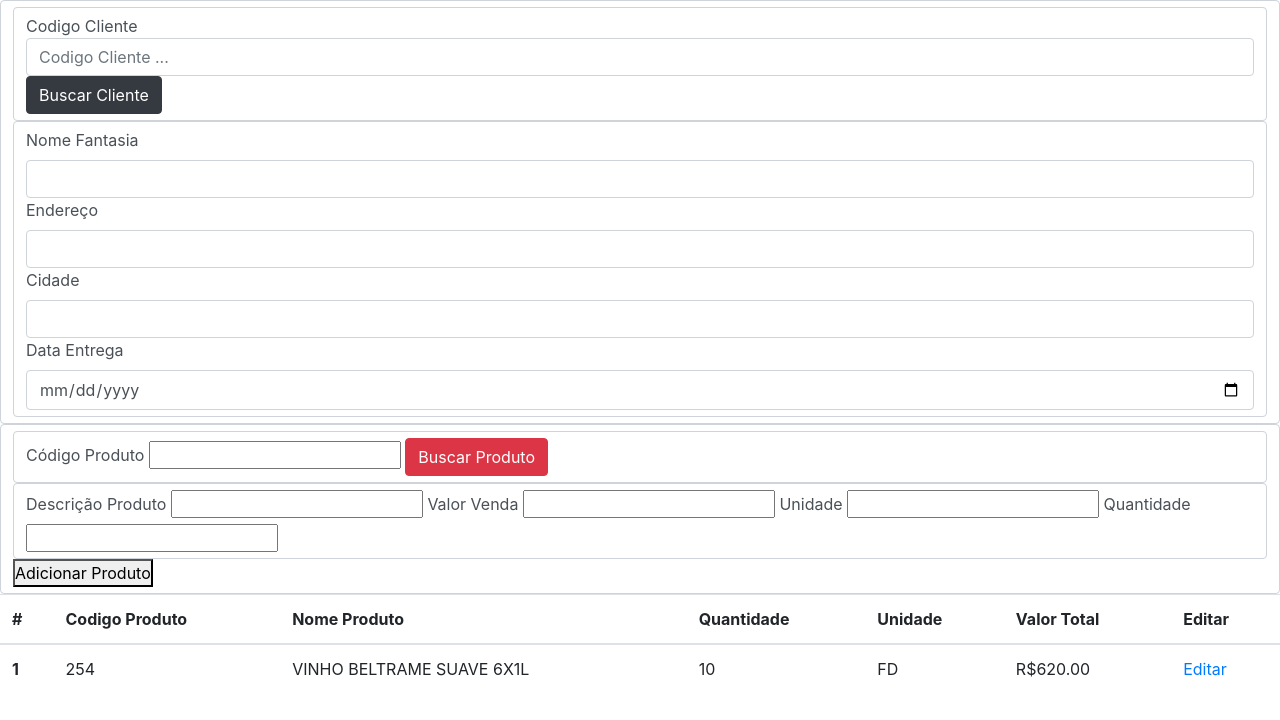
Repository: RobertoAntunes35/controle-estoque
Page: backend/templates/paginaGeracaoPedidos.html
The author's editor kept a copy of each file at every save. The page is drawn from the files as they stood at one save, then again after the next save.
The browser window is 1280 px wide. The pictures show the whole page.
Some web libraries are served in a nearby version. The template is drawn by Flask 3. The application's start-up code is not run. Other server files are loaded and not shown. The template is opened directly, without the code that normally fills it, so the values that code supplies are empty.

Above is the page before, as saved 2023-06-06 10:50:53.

### backend/templates/paginaGeracaoPedidos.html
{% extends "index.html" %}

{% block title %} Geração Pedidos {% endblock %}

{% block content %}
<div class="content-geracao-pedido">
        <form action="">
            <div class="data-clientes form-control">
                <div class="buscar form-control">
                    <label class="form-check-label" for="">Codigo Cliente</label>
                    <input class="form-control" type="text" name="codigoCliente" id="codigoCliente" placeholder="Codigo Cliente ...">
                    <a href="#" class="btn btn-dark">Buscar Cliente</a>
                </div>

                <div class="datas-cliente form-control">
                    <label for="">Nome Fantasia</label>
                    <input class="form-control" type="text" name="nomeFantasia" id="nomeFantasia">

                    <label for="">Endereço</label>
                    <input class="form-control" type="text" name="enderecoCliente" id="enderecoCliente">

                    <label for="">Cidade</label>
                    <input class="form-control" type="text" name="cidadeCliente" id="cidadeCliente">

                    <label for="">Data Entrega</label>
                    <input class="form-control" type="date" name="dataEntrega" id="dataEntrega">
                </div>
            </div>
            <div class="produtos">
                <div class="busca-produtos form-control">
                    <div class="busca form-control">
                        <label for="">Código Produto</label>
                        <input class="" type="text" name="codigoProduto" id="codigoProduto">
                        <button class="btn btn-danger" id="btnBuscaProduto" name="btnBuscaProduto">Buscar Produto</button>
                    </div>
                    <div class="dados-produtos form-control">
                        <label for="">Descrição Produto</label>
                        <input type="text" name="descricaoProduto" id="descricaoProduto">

                        <label for="">Valor Venda</label>
                        <input type="number" name="valorVenda" id="valorVenda">

                        <label for="">Unidade</label>
                        <input type="text" name="unidadeProduto" id="unidadeProduto">

                        <label for="">Quantidade</label>
                        <input type="number">
                    </div>
                    <button>Adicionar Produto</button>
                </div>


                <table class="table">
                    <thead>
                        <tr>
                            <th scope="col">#</th>
                            <th scope="col">Codigo Produto</th>
                            <th scope="col">Nome Produto</th>
                            <th scope="col">Quantidade</th>
                            <th scope="col">Unidade</th>
                            <th scope="col">Valor Total</th>
                            <th scope="col">Editar</th>
                        </tr>
                    </thead>

                    <tbody>
                        <tr>
                            <th scope="row">1</th>
                            <td>254</td>
                            <td>VINHO BELTRAME SUAVE 6X1L</td>
                            <td>10</td>
                            <td>FD</td>
                            <td>R$620.00</td>
                            <td><a href="#">Editar</a></td>
                        </tr>
                    </tbody>

                </table>

            </div>

        </form>
    </div>

{% endblock %}

### backend/templates/index.html
<!DOCTYPE html>
<html lang="en">

{% block head %}
<head>
    <meta charset="UTF-8">
    <meta http-equiv="X-UA-Compatible" content="IE=edge">
    <meta name="viewport" content="width=device-width, initial-scale=1.0">
    <title>{% block title %} {% endblock %}</title>

    <script src="https://ajax.googleapis.com/ajax/libs/jquery/3.5.1/jquery.min.js"></script>
    <!-- CSS INTERNO -->
    <link rel="stylesheet" href="{{ url_for('static', filename='css/globalStyle.css') }}">

    <!-- FONTE -->

    <!-- BOOTSTRAP -->
    <link rel="stylesheet" href="https://maxcdn.bootstrapcdn.com/bootstrap/4.0.0/css/bootstrap.min.css">
    <script src="https://maxcdn.bootstrapcdn.com/bootstrap/4.0.0/js/bootstrap.min.js"></script>
    <script src="https://cdnjs.cloudflare.com/ajax/libs/popper.js/1.12.9/umd/popper.min.js"></script>

    <!-- SCRIPT INTERNO -->
    <script src="{{ url_for('static' , filename='js/script.js') }}"></script>

    <!-- SCRIPTS AUXILIARES -->

</head>
{% endblock %}

<body>
   <div class="content">
    {% block content %} {% endblock %}
    </div>

</body>
</html>

### backend/static/css/globalStyle.css
* {
    margin: 0 auto;
    padding: 0;
    box-sizing: border-box;
}

.div-formulario {
    border: 1px solid;
}

.container {
    display: flex;
    justify-content: left;
    align-items: center;
    width: 100vw;
    height: 100vh;

    /* border: 1px solid; */
}

.search-product{
    /* border: 1px solid; */
}
.values-find{
    /* border: 1px solid; */
}

.choices-values{
    /* border: 1px solid; */
}

### backend/static/js/script.js

$(document).ready(function() {
    $('#btnBuscar').click(function(event) {
        event.preventDefault();

        var inputValue = $('#codigo').val();
        console.log(inputValue);

    $.ajax({
        url: '/busca_produtos',
        type: 'POST',
        data: {codigoProduto: inputValue},
        success: function(date) {
            $('#descricao').val(date.updatedValue.descricao)
            $('#codigoFornecedor').val(date.updatedValue.codigoFornecedor)
            $('#unidade').val(date.updatedValue.unidade)
        }
    });
    });
});


function verificarEnter(event) {
    if(event.keyCode === 13) {
        event.preventDefault();

        var botao = document.getElementById("btnBuscar")
        botao.click();
    }
}

After the next save:
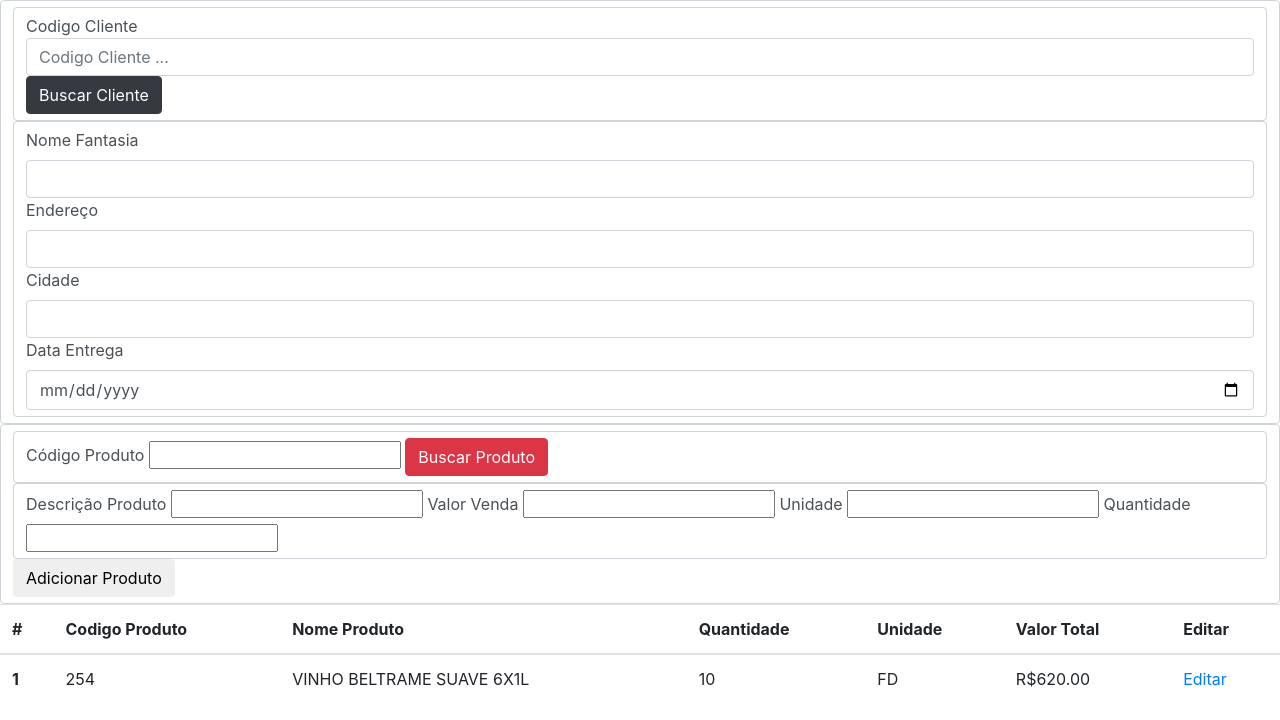
Saved 13 s later.
--- a/backend/templates/paginaGeracaoPedidos.html
+++ b/backend/templates/paginaGeracaoPedidos.html
@@ -46,7 +46,7 @@
                         <label for="">Quantidade</label>
                         <input type="number">
                     </div>
-                    <button>Adicionar Produto</button>
+                    <button class="btn ">Adicionar Produto</button>
                 </div>
 
 
